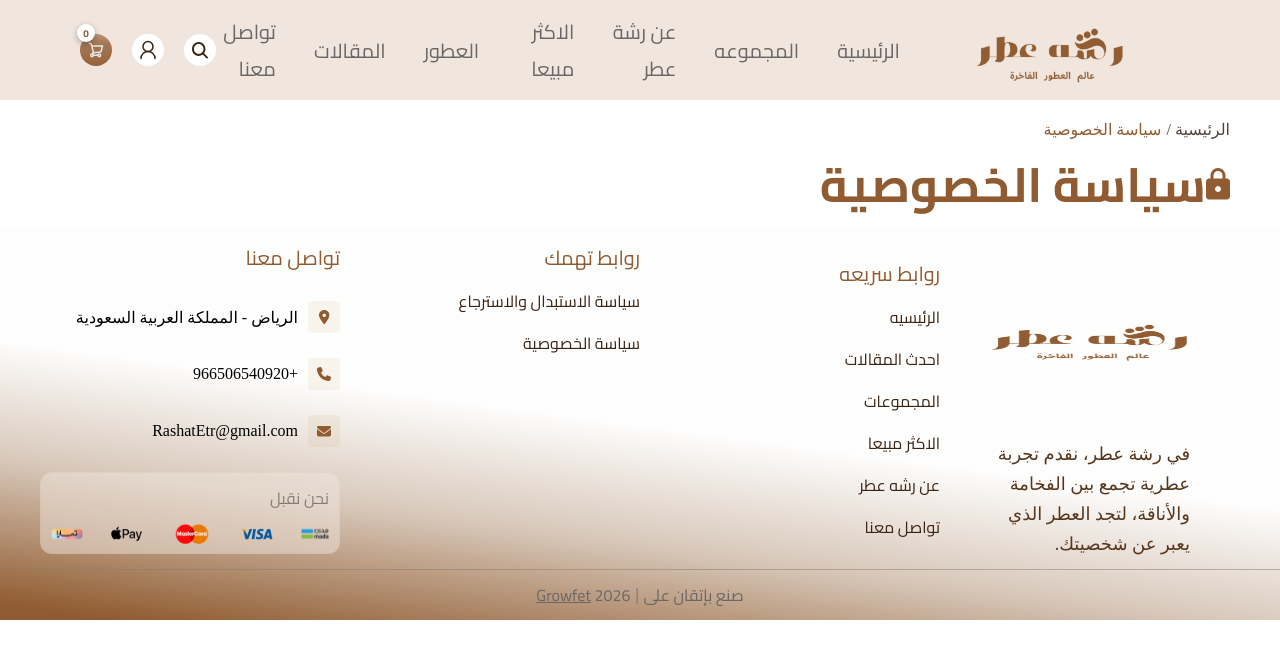
Repository: mahmoudesh74/rashet-3tr
Page: /PrivacyPolicyPage
An editor plug-in stored every save of this project. The page is shown before and after the next save, followed by the edit.
The browser window is 1280 px wide. The pictures show the whole page.
Some web fonts or font styles are not loaded; a fallback is used. The project was rebuilt for these pictures with package versions that can differ from the ones it lists, and the page was loaded fresh each time. Also part of the build but not shown: vite.config.js, src/App.css, src/components/HeaderSection/Header.css, src/components/HeaderSection/Header.jsx, src/components/GroupSection/GroupSection.css, src/components/GroupSection/GroupSection.jsx, src/components/AboutSection/AboutSection.css, src/components/AboutSection/AboutSection.jsx and 17 more. Imported but missing from the stored project, and not drawn on this page: src/assets/vedio.mp4.

Above is the page before, as saved 2026-09-23 10:56:10.

### index.html
<!doctype html>
<html lang="ar" dir="rtl">
  <head>
    <meta charset="UTF-8" />
    <link rel="icon" type="image/svg+xml" href="/favicon.svg" />
    <meta name="viewport" content="width=device-width, initial-scale=1.0" />
    <title>rashet-3tr</title>
    <link rel="preconnect" href="https://fonts.googleapis.com">
<link rel="preconnect" href="https://fonts.gstatic.com" crossorigin>
<link href="https://fonts.googleapis.com/css2?family=Be+Vietnam+Pro:ital,wght@0,100;0,200;0,300;0,400;0,500;0,600;0,700;0,800;0,900;1,100;1,200;1,300;1,400;1,500;1,600;1,700;1,800;1,900&family=Cairo:wght@200..1000&family=IBM+Plex+Sans:ital,wght@0,100..700;1,100..700&family=Kameron:wght@400..700&family=Noto+Rashi+Hebrew:wght@100..900&family=Plus+Jakarta+Sans:ital,wght@0,200..800;1,200..800&display=swap" rel="stylesheet">
    <link rel="preconnect" href="https://fonts.googleapis.com">
<link rel="preconnect" href="https://fonts.gstatic.com" crossorigin>
<link href="https://fonts.googleapis.com/css2?family=Be+Vietnam+Pro:ital,wght@0,100;0,200;0,300;0,400;0,500;0,600;0,700;0,800;0,900;1,100;1,200;1,300;1,400;1,500;1,600;1,700;1,800;1,900&family=Cairo:wght@200..1000&family=IBM+Plex+Sans:ital,wght@0,100..700;1,100..700&family=Kameron:wght@400..700&display=swap" rel="stylesheet">
 <link rel="preconnect" href="https://fonts.googleapis.com">
<link rel="preconnect" href="https://fonts.gstatic.com" crossorigin>
<link href="https://fonts.googleapis.com/css2?family=Be+Vietnam+Pro:ital,wght@0,100;0,200;0,300;0,400;0,500;0,600;0,700;0,800;0,900;1,100;1,200;1,300;1,400;1,500;1,600;1,700;1,800;1,900&family=Cairo:wght@200..1000&family=IBM+Plex+Sans:ital,wght@0,100..700;1,100..700&family=Kameron:wght@400..700&family=Plus+Jakarta+Sans:ital,wght@0,200..800;1,200..800&display=swap" rel="stylesheet">
</head>
  <body>
    <div id="root"></div>
    <script type="module" src="/src/main.jsx"></script>
  </body>
</html>

### src/main.jsx
import React from "react";
import ReactDOM from "react-dom/client";
import { BrowserRouter } from "react-router-dom";
import App from "./App.jsx";

ReactDOM.createRoot(document.getElementById("root")).render(
  <React.StrictMode>
    <BrowserRouter>
      <App />
    </BrowserRouter>
  </React.StrictMode>
);

### src/App.jsx
import "./App.css";
import HomePage from "./pages/HomePage/homePag";
import NavBar from "./components/NavBar/NavBar";
import Footer from "./components/Footer/Footer";
import { Routes, Route } from "react-router-dom";
import GroupPage from "./pages/GroupPage/GroupPage";
import GroupCatalog from "./pages/groupCatalog/groupCatalog";
import AboutRashetEtr from "./pages/AboutRashetEtr/AboutRashetEtr";
import PrivacyPolicyPage from "./pages/PrivacyPolicy/privacyPolicy"
function App() {
  return (
    <>
      <NavBar />

      <Routes>
        <Route path="/" element={<HomePage />} />
        <Route path="/GroupPage" element={<GroupPage />} />
        <Route path="/GroupCatalog/:id" element={<GroupCatalog />} />
        <Route path="/AboutRashetEtr" element={<AboutRashetEtr />} />
        <Route path="/PrivacyPolicyPage" element={<PrivacyPolicyPage />} />

      </Routes>

      <Footer />
    </>
  );
}

export default App;

### src/components/NavBar/NavBar.jsx
import { useState } from "react";
import styles from "./NavBar.module.css";
import LogoImage from "../../assets/logo-rashet-3tr.png";
import SearchIcon from "../../assets/search.svg";
import profileIcon from "../../assets/user.svg";
import cartIcon from "../../assets/cart.svg";
import Modal from "../../components/Model/Modal";
import LoginForm from "../../pages/LoginPage/LoginPage";
import { Link, useLocation, useNavigate } from "react-router-dom";

const links = [
  { label: "الرئيسية", to: "/" },
  { label: "المجموعه", section: "groups" },
  { label: "عن رشة عطر", to: "/AboutRashetEtr" },
  { label: "الاكثر مبيعا", section: "bestSeller" },
  { label: "العطور", section: "perfumes" },
  { label: "المقالات", section: "articles" },
  { label: "تواصل معنا", section: "contactUs" },
];

export default function Navbar() {
  const [isLoginOpen, setIsLoginOpen] = useState(false);

  const navigate = useNavigate();
  const location = useLocation();

  const handleSectionClick = (e, sectionId) => {
    e.preventDefault();

    if (location.pathname === "/") {
      const section = document.getElementById(sectionId);

      if (section) {
        section.scrollIntoView({
          behavior: "smooth",
          block: "start",
        });
      }
    } else {
      navigate(`/?scroll=${sectionId}`);
    }
  };

  return (
    <>
      <nav dir="rtl" className={styles.navbar}>
        <div className={styles.container}>

          <img
            src={LogoImage}
            alt="LogoImage"
            className={styles.logoImage}
          />

          <ul className={styles.links}>
            {links.map((link) => (
              <li key={link.label}>

                {link.section ? (
                  <Link
                    to={`/#${link.section}`}
                    onClick={(e) =>
                      handleSectionClick(e, link.section)
                    }
                    className={styles.link}
                  >
                    {link.label}
                  </Link>
                ) : (
                  <Link
                    to={link.to}
                    className={styles.link}
                  >
                    {link.label}
                  </Link>
                )}

              </li>
            ))}
          </ul>

          <div className={styles.icons}>

            <div className={styles.search}>
              <img src={SearchIcon} alt="بحث" />
            </div>

            <div
              className={styles.profile}
              onClick={() => setIsLoginOpen(true)}
              style={{ cursor: "pointer" }}
            >
              <img src={profileIcon} alt="مستخدم" />
            </div>

            <div className={styles.cart}>
              <img src={cartIcon} alt="سلة" />
              <span className={styles.cartCount}>0</span>
            </div>

          </div>
        </div>
      </nav>

      <Modal
        isOpen={isLoginOpen}
        onClose={() => setIsLoginOpen(false)}
      >
        <LoginForm onClose={() => setIsLoginOpen(false)} />
      </Modal>
    </>
  );
}

### src/components/Footer/Footer.jsx

import "./Footer.css";

import Logo from "../../assets/logo-rashet-3tr.png";
import location from "../../assets/locationIcon.svg";
import phone from "../../assets/phone.svg";
import email from "../../assets/email.svg";

import payImg1 from "../../assets/payImg1.svg";
import payImg2 from "../../assets/payImg2.svg";
import payImg3 from "../../assets/payImg3.svg";
import payImg4 from "../../assets/payImg4.svg";
import payImg5 from "../../assets/payImg5.svg";

import { Link, useNavigate } from "react-router-dom";

const QUICK_LINKS = [
  { label: "الرئيسيه", to: "/" },
  { label: "احدث المقالات", section: "articles" },
  { label: "المجموعات", section: "groups" },
  { label: "الاكثر مبيعا", section: "bestSeller" },
  { label: "عن رشه عطر", to: "/AboutRashetEtr" },
  { label: "تواصل معنا", section: "contactUs" },
];

const USEFUL_LINKS = [
  { label: "سياسة الاستبدال والاسترجاع", to: "/return-policy" },
  { label: "سياسة الخصوصية", to: "/PrivacyPolicyPage" },
];

export default function Footer() {
 const navigate = useNavigate();

const handleSectionClick = (e, sectionId) => {
  e.preventDefault();

  if (window.location.pathname === "/") {
    document.getElementById(sectionId)?.scrollIntoView({
      behavior: "smooth",
      block: "start",
    });
  } else {
    navigate(`/?scroll=${sectionId}`);
  }
};

  return (
    <footer className="Footer">
      <div className="container">
        <div className="row">

          {/* Logo */}
          <div className="LogoContainer col-3">
            <img src={Logo} alt="رشة عطر" />

            <p>
              في رشة عطر، نقدم تجربة عطرية تجمع بين الفخامة والأناقة،
              لتجد العطر الذي يعبر عن شخصيتك.
            </p>
          </div>

          {/* Quick Links */}
          <div className="LinksContainer col-3">
            <h3>روابط سريعه</h3>

            {QUICK_LINKS.map((link) => (
              <div className="linkItem" key={link.label}>

                {link.section ? (
                  <Link
                    to={`#${link.section}`}
                    onClick={(e) =>
                      handleSectionClick(e, link.section)
                    }
                  >
                    {link.label}
                  </Link>
                ) : (
                  <Link to={link.to}>
                    {link.label}
                  </Link>
                )}

                <span className="FooterLine"></span>
              </div>
            ))}
          </div>

          {/* Useful Links */}
          <div className="ownLinks col-3">
            <h3>روابط تهمك</h3>

            {USEFUL_LINKS.map((link) => (
              <div className="linkItem" key={link.label}>
                <Link to={link.to}>
                  {link.label}
                </Link>

                <span className="FooterLine"></span>
              </div>
            ))}
          </div>

          {/* Contact */}
          <div className="contactWithUs col-3">
            <h3>تواصل معنا</h3>

            <div className="location">
              <div className="locationIcon">
                <img src={location} alt="الموقع" />
              </div>

              <div className="locationText">
                الرياض - المملكة العربية السعودية
              </div>
            </div>

            <div className="location">
              <div className="phoneIcon">
                <img src={phone} alt="الهاتف" />
              </div>

              <div className="locationText">
                +966506540920
              </div>
            </div>

            <div className="location">
              <div className="locationIcon">
                <img src={email} alt="البريد الإلكتروني" />
              </div>

              <div className="locationText">
                RashatEtr@gmail.com
              </div>
            </div>

            {/* Payment */}
            <div className="payed">
              <p>نحن نقبل</p>

              <div className="payrow">
                <img src={payImg1} alt="" />
                <img src={payImg2} alt="" />
                <img src={payImg3} alt="" />
                <img src={payImg4} alt="" />
                <img src={payImg5} alt="" />
              </div>
            </div>
          </div>
        </div>

        {/* Copyright */}
        <div className="makeby">
          <p>صنع بإتقان على</p>

          <span>|</span>

          <p>
            <a href="" style={{ color: "#6B6764" }}>
              Growfet
            </a>{" "}
            2026
          </p>
        </div>
      </div>
    </footer>
  );
}

### src/pages/PrivacyPolicy/privacyPolicy.jsx
import "./privacyPolicy.css";
import CloseIcon from "../../assets/close-Icon.svg"
export default function PrivacyPolicyPage() {
  return (
    <div className="privacyPolicyPage">
      <div className="privacyPolicyTitle">
        <p>الرئيسية / </p> سياسة الخصوصية
      </div>
      <div  className="privacyPolicyHeader">
        <img src={CloseIcon} alt="" />
        <h1>سياسة الخصوصية</h1>

      </div>
    </div>
  );
}

### src/pages/HomePage/homePage.css
*{
  padding: 0;
  margin: 0;
}
.HomePageHader {
  position: relative;
  width: 100%;
  height: 750px;

}

.HeaderBgVideo {
  position: absolute;
  top: 50%;
  left: 50%;
  min-width: 100%;
  min-height: 100%;
  width: auto;
  height: auto;
  transform: translate(-50%, -50%);
  object-fit: cover;
  z-index: -1;
}

.HeaderContent {
  position: relative;
  z-index: 1;
}

### src/components/NavBar/NavBar.module.css
.navbar {
  width: 100%;
  background-color:  #EFE4DBE5;
  height: 100px;

  position: absolute;
  top: 0;
  right: 0;
  left: 0;
  z-index: 100;
}

.container {
  height: 100px;
  display: flex;
  align-items: center;
  justify-content: space-evenly;
  padding-top: 16px;
  padding-bottom: 16px;
  padding-left: 80px;
  padding-right: 80px;
}
.logoImage {
  width: auto;
  height: 300px;
  object-fit: contain;
  scale: crop;
}

.links {
  align-items: center;
  gap: 38px;
  list-style: none;
  margin: 0;
  padding: 0;
}

@media (min-width: 768px) {
  .links {
    display: flex;
  }
}

.link {
  font-size: 20px;
  color: #696767;
  text-decoration: none;
  padding-bottom: 4px;
  font-family: "cairo";
  font-weight: 400;
}



.icons {
  display: flex;
  align-items: center;
  gap: 20px;
  flex-shrink: 0;
}
.search {
  display: flex;
  align-items: center;
  width: 32px;
  height: 32px;
  border-radius: 50%;
  background-color: #FFFFFF;
  justify-content: center;
  cursor: pointer;
}
.profile {
  cursor: pointer;
  display: flex;
  align-items: center;
  width: 32px;
  height: 32px;
  border-radius: 50%;
  background-color: #FFFFFF;
  justify-content: center;
}

.cart {
  position: relative;
  cursor: pointer;
  display: flex;
  align-items: center;
  justify-content: center;
  width: 32px;
  height: 32px;
  border-radius: 50%;
  background: linear-gradient(
    180deg,
    #ba987c 0%,
    #a57956 27.68%,
    #905B30 125.82%
  );
}

.cartCount {
  position: absolute;
  top: -10px;
  left: -3px;
  width: 18px;
  height: 18px;
  display: flex;
  align-items: center;
  justify-content: center;
  border-radius: 50%;
  background: #fff;
  color: #905B30;
  font-size: 10px;
  font-weight: 700;
  font-family: "cairo";
  box-shadow: 0 2px 6px #0000004d;
}
.link {
  position: relative;
  text-decoration: none;
}

.link::after {
  content: "";
  position: absolute;
  bottom: -8px;
  left: 0;
  width: 0;
  height: 3px;
  background-color: #905B30;
  transition: width 0.3s ease;
}

.link:hover::after {
  width: 100%;
}



@media (max-width: 1024px) {
  .navbar,
  .container {
    height: 90px;
  }
  .logoImage {
    height: 220px;
  }
  .links {
    gap: 22px;
  }
  .link {
    font-size: 16px;
  }
}

@media (max-width: 767px) {
  .navbar,
  .container {
    height: 70px;
  }
  .logoImage {
    height: 160px;
  }
  .icons {
    gap: 14px;
  }
  .search,
  .profile,
  .cart {
    width: 28px;
    height: 28px;
  }
}

@media (max-width: 480px) {
  .navbar,
  .container {
    height: 60px;
  }
  .logoImage {
    height: 120px;
  }
}

### src/components/Footer/Footer.css
.Footer {
  width: 100%;
  height: auto;
  background: linear-gradient(7.52deg, #905B30 2.66%, rgba(178, 147, 120, 0.5) 28.7%, rgba(212, 203, 192, 0) 50%),
    linear-gradient(0deg, rgba(251, 248, 245, 0.2), rgba(251, 248, 245, 0.2));
}
.row {
  width: 100%;
  display: flex;
  padding: 10px 40px 10px 40px;
}
.LogoContainer {
  display: flex;
  width: 25%;
  flex-direction: column;
  align-items: center;
  justify-content: center;
}
.LogoContainer img {
  width: 400px;
  height: 200px;
}
.LogoContainer p {
  max-width: 200px;
  font-family: "Cairo0";
  font-size: 18px;
  font-weight: 400;
  color: #56371D;
  line-height: 30px;
}
.LinksContainer {
  width: 25%;
  gap: 10px;
  display: flex;
  flex-direction: column;

  justify-content: center;
}
.LinksContainer h3 {
  font-size: 20px;
  font-weight: 400;
  font-family: "Cairo";
  color: #905B30;
}
.LinksContainer a {
  font-size: 16px;
  font-weight: 400;
  color: #3a2413;
  font-family: "Cairo";
  text-decoration: none;
}
.ownLinks {
  width: 25%;
  gap: 10px;
  display: flex;
  flex-direction: column;

}
.ownLinks h3 {
  font-size: 20px;
  font-weight: 400;
  font-family: "Cairo";
  color: #905B30;
}
.ownLinks a {
  font-size: 16px;
  font-weight: 400;
  color: #3a2413;
  font-family: "Cairo";
  text-decoration: none;
}
.contactWithUs {
  width: 25%;
  gap: 25px;
  display: flex;
  flex-direction: column;

}
.contactWithUs h3 {
  font-size: 20px;
  font-weight: 400;
  font-family: "Cairo";
  color: #905B30;
}
.location {
  display: flex;
  align-items: center;
  gap: 10px;
}
.locationIcon {
  display: flex;
  align-items: center;
  justify-content: center;
  width: 32px;
  height: 32px;
  background-color: #C5A0591A;
  border-radius: 4px;
}
.phoneIcon {
  display: flex;
  align-items: center;
  justify-content: center;
  width: 32px;
  height: 32px;
  background-color: #C5A0591A;
  border-radius: 4px;
}


.linkItem {
  display: flex;
  flex-direction: column;
  align-items: flex-start;
  width: fit-content;
}

.FooterLine {
  height: 2px;
  width: 20px;
  background-color: #905B30;
  border-radius: 8px;


  opacity: 0;
  transform: scaleX(0);
  transform-origin: right;
  transition: opacity 0.2s ease, transform 0.2s ease;
}

.linkItem:hover .FooterLine {
  opacity: 1;
  transform: scaleX(1);
}
.makeby{
    align-items: center;
    justify-content: center;
    display: flex;
    border-top: 1px solid #8A7A6A80;

   padding: 10px 0 10px 0;
    gap: 5px;
    color: #6B6764;

}
.makeby p{
    font-size: 16px ;
    font-weight: 400;
    font-family: "Cairo";
    color: #6B6764;
}
.payed{
    height:82px;
    width: 100%;
    background-color: #EFE6DD80;
    border: 1px solid #C5A0591A;
    border-radius: 12px;

}
.payed p{
  margin: 0;
  padding: 10px;
    font-family: "Cairo";
    font-size: 16px;
    font-weight: 400;
    color: #2D292680;
}
.payrow {
    display: flex;
    justify-content: space-between;
    gap: 20px;
    padding: 0 10px 0 10px;
}

### src/pages/PrivacyPolicy/privacyPolicy.css
.privacyPolicyPage{
    margin-top: 120px;
    padding-right: 50px;
}
.privacyPolicyTitle{
    display: flex;
    color: #905B30;
    gap: 5px;
}
.privacyPolicyTitle p{
    color: #53433D;
}
.privacyPolicyHeader{
    display: flex;
}
.privacyPolicyHeader h1{
font-size: 48px;
font-weight: 700;
font-family: "Cairo"
;
color: #905B30;
}

### src/pages/LoginPage/LoginPage.css
* {
  box-sizing: border-box;
}

.login-card {
  position: relative;
  background: #FFFFFF;
  width: 100%;
  border-radius: 20px;
  padding: 48px 44px;
}

.login-close {
  position: absolute;
  top: 16px;
  left: 16px;
  width: 32px;
  height: 32px;
  border-radius: 50%;
  border: none;
  background: #f3ede1;
  color: #6b6258;
  font-size: 20px;
  line-height: 1;
  cursor: pointer;
  display: flex;
  align-items: center;
  justify-content: center;
  transition: background 0.15s ease;
}

.login-close:hover {
  background: #e4dccb;
}

.login-title {
  font-size: 24px;
  font-weight: 700;
  font-family: "Cairo";
  color: #3a2413;
  text-align: center;
  margin: 0;
}

.login-subtitle {
  text-align: center;
  color: #717182;
  font-size: 16px;
  font-weight: 400;
  font-family: "SF Pro";
  margin-top: 8px;
  margin-bottom: 32px;
}

.google-btn {
  width: 100%;
  display: flex;
  align-items: center;
  justify-content: center;
  gap: 10px;
  padding: 14px;
  border: 2px solid #1a71f6;
  border-radius: 12px;
  background: #FFFFFF;
  color: #1a71f6;
  font-family: "Plus Jakarta Sans";
  font-size: 14px;
  font-weight: 700;
  cursor: pointer;
  transition: background 0.15s ease;
}

.divider {
  display: flex;
  align-items: center;
  gap: 14px;
  margin: 28px 0;
  color: #323130;
  font-size: 12px;
  font-weight: 700;
  font-family: "Plus Jakarta Sans";
}

.divider-line {
  flex: 1;
  height: 0.5px;
  background: #1a71f6;
}

.field {
  margin-bottom: 20px;
}

.field-label {
  display: block;
  font-size: 14px;
  font-weight: 700;
  color: #323130;
  font-family: "Plus Jakarta Sans";
  margin-bottom: 8px;
}

.text-input {
  width: 100%;
  padding: 14px 16px;
  border: 1.6px solid #d1d1d1;
  border-radius: 16px;
  font-family: "Plus Jakarta Sans";
  font-size: 14px;
  font-weight: 400;
  color: #333333;
  background: #FFFFFF;
  outline: none;
  transition: border-color 0.15s ease;
}

.text-input:focus {
  border-color: #a8642f;
}

.text-input::placeholder {
  color: #737373;
  font-family: "Plus Jakarta Sans";
  font-weight: 400;
  font-size: 14px;
}

.password-wrap {
  position: relative;
}

.password-wrap .text-input {
  padding-left: 44px;
}

.toggle-eye {
  position: absolute;
  left: 14px;
  top: 50%;
  transform: translateY(-50%);
  background: none;
  border: none;
  cursor: pointer;
  color: #6b6258;
  display: flex;
  padding: 0;
}

.toggle-eye svg {
  width: 20px;
  height: 20px;
}

.form-row {
  display: flex;
  align-items: center;
  justify-content: space-between;
  margin-bottom: 28px;
  font-size: 14px;
}

.remember-label {
  display: flex;
  align-items: center;
  gap: 8px;
  color: #333333;
  font-size: 14px;
  font-weight: 700;
  font-family: "Plus Jakarta Sans";
  cursor: pointer;
}

.remember-checkbox {
  width: 17px;
  height: 17px;
  accent-color: #905B30;
  cursor: pointer;
}

.forgot-link {
  color: #1a71f6;
  font-size: 14px;
  font-family: "Plus Jakarta Sans";
  font-weight: 700;
}

.forgot-link:hover {
  text-decoration: underline;
}

.submit-btn {
  width: 100%;
  padding: 15px;
  border: none;
  border-radius: 12px;
  background: #905B30;
  color: #FFFFFF;
  font-family: "Plus Jakarta Sans";
  font-size: 14px;
  font-weight: 700;
  cursor: pointer;
  transition: background 0.15s ease;
}

.submit-btn:hover {
  background: #8b5024;
}

.footer-text {
  text-align: center;
  margin-top: 22px;
  font-size: 14px;
  font-family: "Plus Jakarta Sans";
  font-weight: 400;
  color: #323130;
}





/* Responsive */
@media (max-width: 600px) {
  .login-card {
    padding: 32px 24px;
    border-radius: 16px;
  }

  .login-title {
    font-size: 24px;
  }

  .login-subtitle {
    font-size: 14px;
    margin-bottom: 24px;
  }

  .google-btn {
    padding: 12px;
    font-size: 14px;
  }

  .text-input {
    padding: 12px 14px;
    font-size: 14px;
  }

  .password-wrap .text-input {
    padding-left: 40px;
  }

  .form-row {
    flex-wrap: wrap;
    gap: 10px;
  }

  .submit-btn {
    padding: 13px;
    font-size: 15px;
  }
}

@media (max-width: 360px) {
  .login-card {
    padding: 24px 18px;
  }

  .login-title {
    font-size: 21px;
  }
}

After the next save:
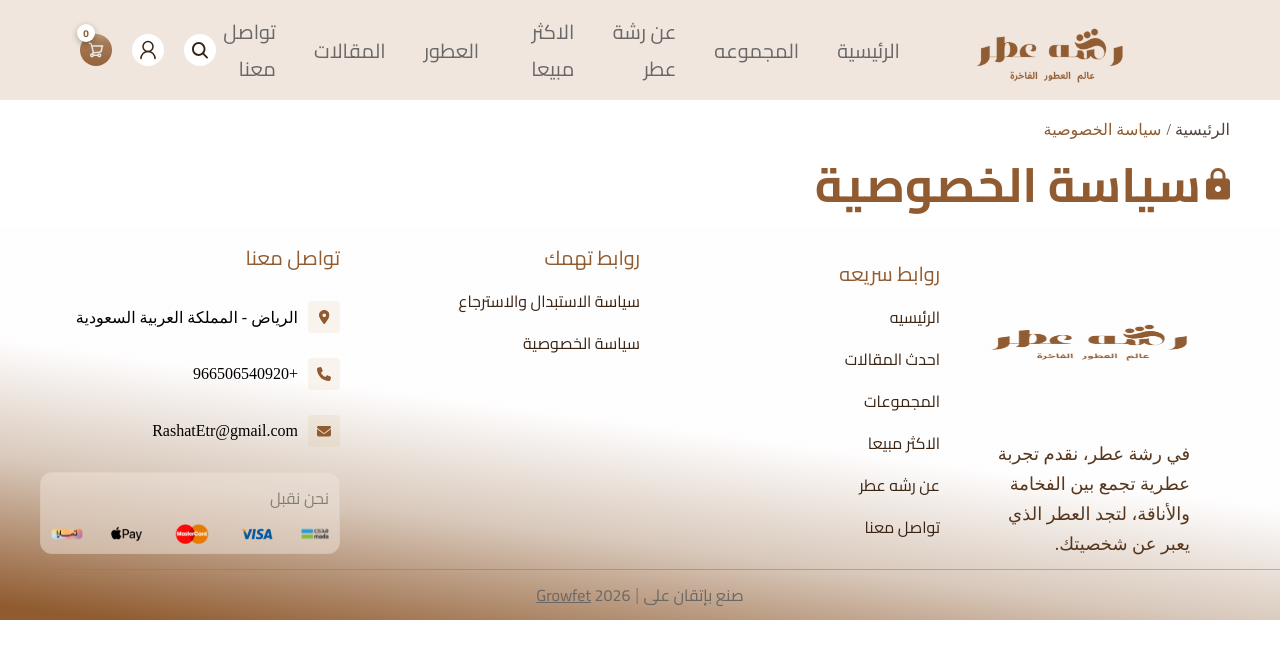
Saved 46 s later.
--- a/src/pages/PrivacyPolicy/privacyPolicy.css
+++ b/src/pages/PrivacyPolicy/privacyPolicy.css
@@ -12,6 +12,7 @@
 }
 .privacyPolicyHeader{
     display: flex;
+    gap:5px;
 }
 .privacyPolicyHeader h1{
 font-size: 48px;
